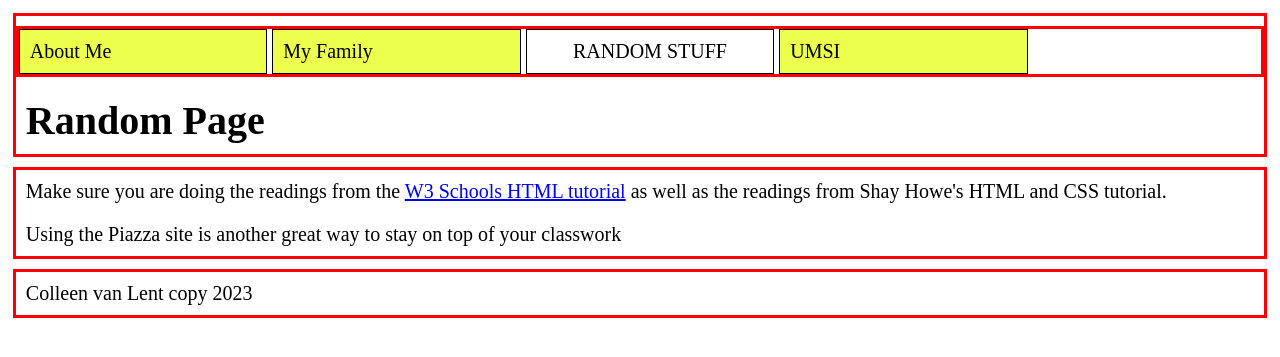
Repository: lulyany/hw1-2023
Page: random.html
The author's editor kept a copy of each file at every save. The page is drawn from the files as they stood at one save, then again after a run of saves.
The browser window is 1280 px wide. The pictures show the whole page.

Above is the page before, as saved 2023-09-04 20:53:08.

After the next 2 saves:
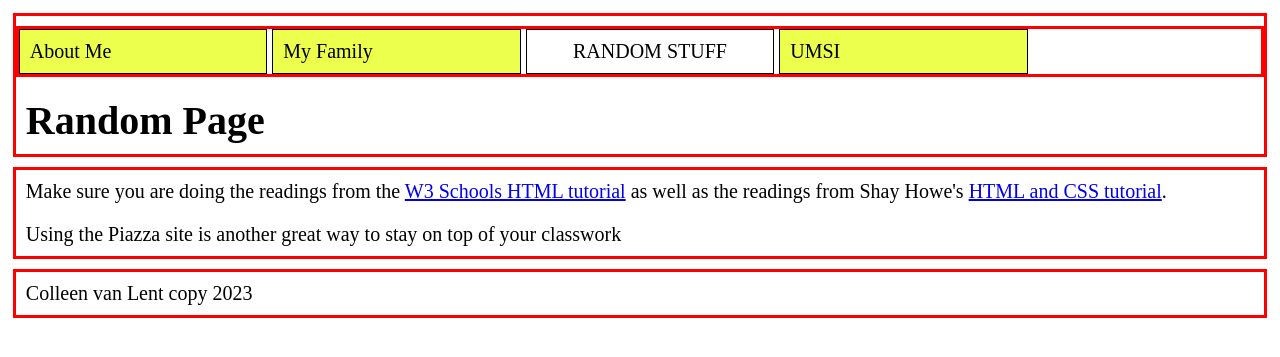
The 2 saves are shown as one change because they came seconds apart.
The last was saved 21 s later.
--- a/random.html
+++ b/random.html
@@ -29,7 +29,7 @@
 	<main>
 	<p>Make sure you are doing the readings from the <a href = "www.w3schools.com/html/">W3 Schools HTML
 		tutorial</a> as well as the readings from Shay Howe's
-		<HTML href = "https://learn.shayhowe.com/html-css/">HTML and CSS tutorial</a>.
+		<a href = "https://learn.shayhowe.com/html-css/"> HTML and CSS tutorial</a>.
 	</p>
 	<p>Using the Piazza site is another great way to stay on top of your classwork</p>
 	</main>
